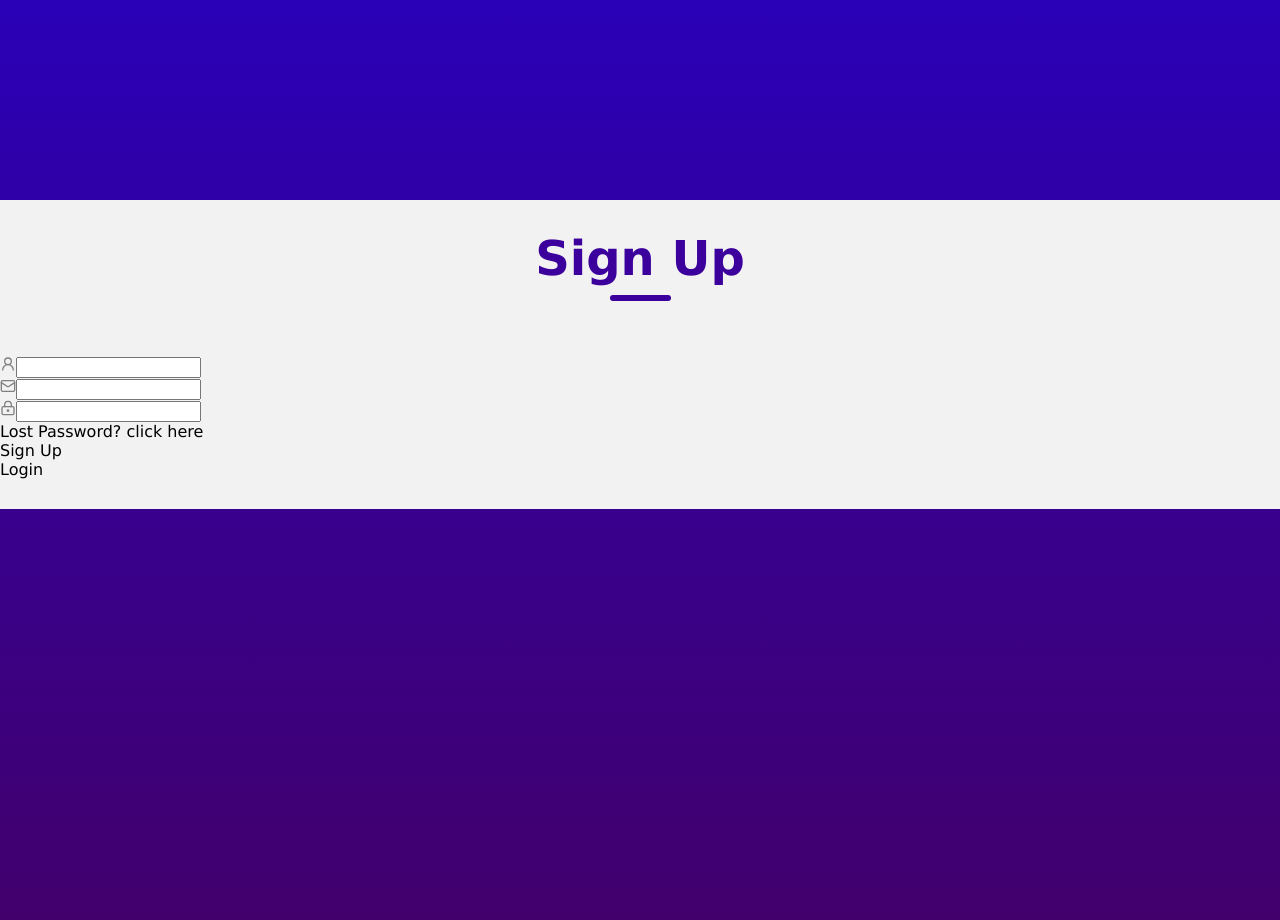
Repository: guilhermecardoso93/login-page
Page: /
These files come from the project's save history. The page is drawn as it stood at one moment and after the next save; the edit follows.
The browser window is 1280 px wide. The pictures show the whole page.
The project was rebuilt for these pictures with package versions that can differ from the ones it lists, and the page was loaded fresh each time. Also part of the build but not shown: vite.config.js.

Above is the page before, as saved 2024-10-22 19:22:20.

After the next save:
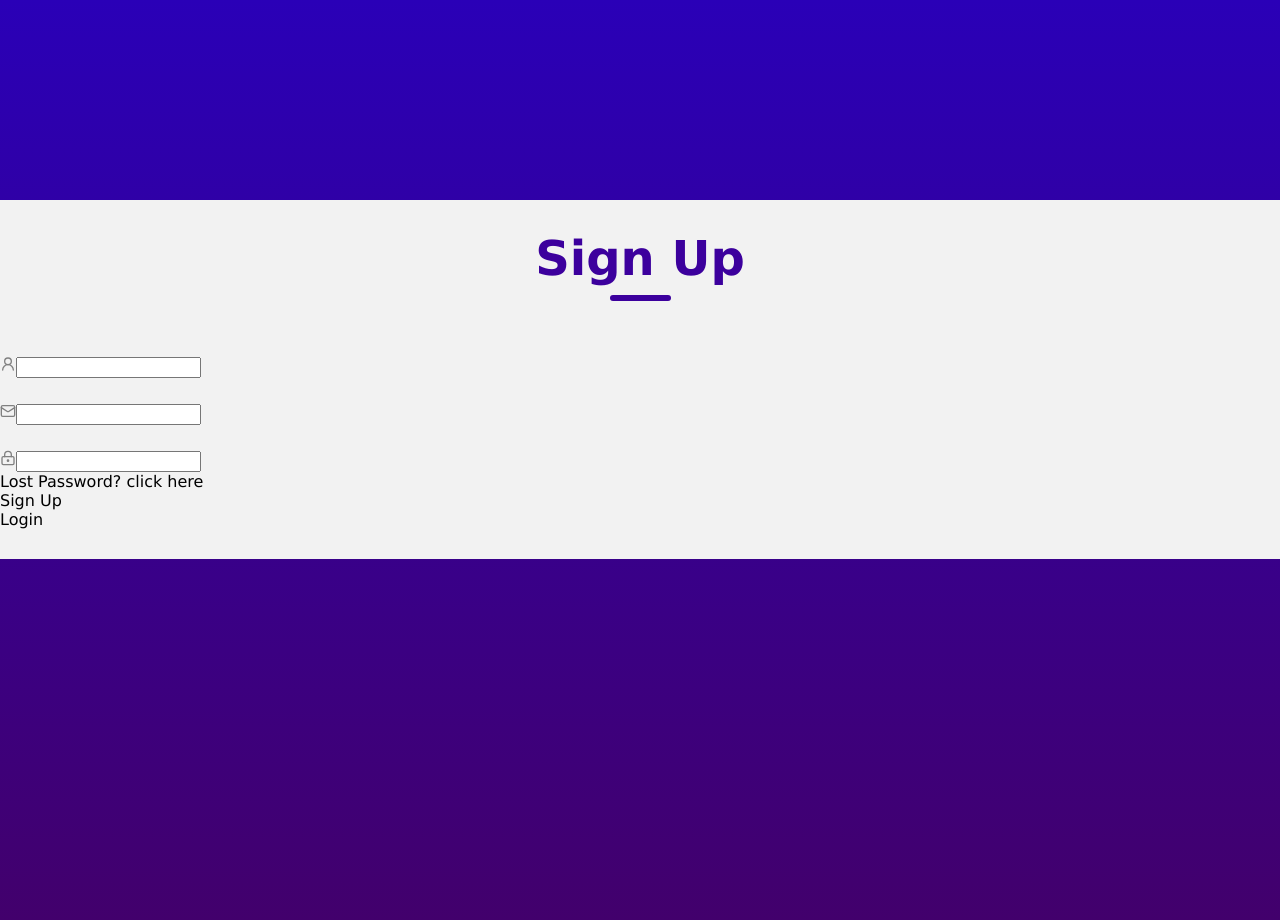
Saved 20 s later.
--- a/src/components/Login/Login.css
+++ b/src/components/Login/Login.css
@@ -31,4 +31,7 @@ header span {
 
 .inputs {
   margin-top: 55px;
+  display: flex;
+  flex-direction: column;
+  gap: 25px;
 }
